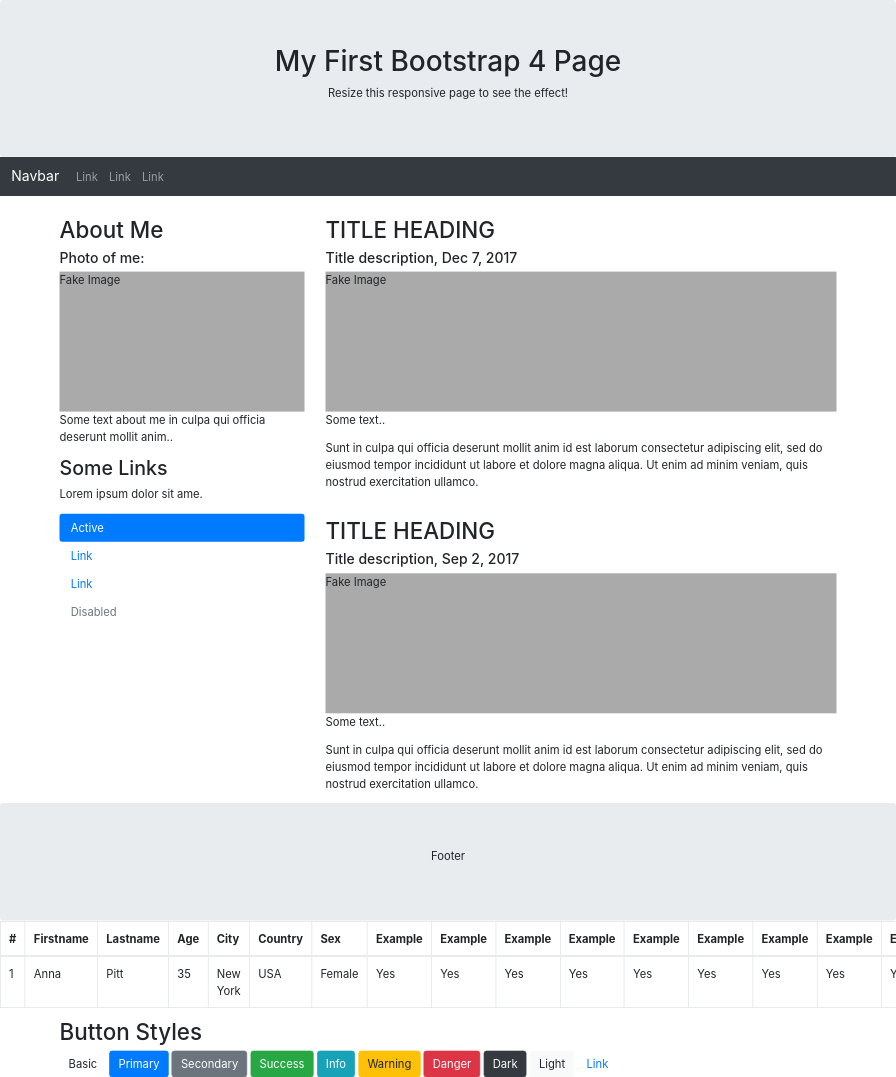
Repository: Anusha-Shilamkoti/Anusha
Page: MyFirstWebProject/WebContent/index.html
These files come from the project's save history. The page is drawn as it stood at one moment and after the next save; the edit follows.
The browser window is 1280 px wide. The pictures show the whole page, at 70% of full size.

Above is the page before, as saved 2020-01-18 11:46:20.

### MyFirstWebProject/WebContent/index.html
<!DOCTYPE html>
<html lang="en">
<head>
  <title>Bootstrap 4 Website Example</title>
  <meta charset="utf-8">
  <meta name="viewport" content="width=device-width, initial-scale=1">
  <link rel="stylesheet" href="https://maxcdn.bootstrapcdn.com/bootstrap/4.4.1/css/bootstrap.min.css">
  <script src="https://ajax.googleapis.com/ajax/libs/jquery/3.4.1/jquery.min.js"></script>
  <script src="https://cdnjs.cloudflare.com/ajax/libs/popper.js/1.16.0/umd/popper.min.js"></script>
  <script src="https://maxcdn.bootstrapcdn.com/bootstrap/4.4.1/js/bootstrap.min.js"></script>
  <style>
  .fakeimg {
    height: 200px;
    background: #aaa;
  }
  </style>
</head>
<body>

<div class="jumbotron text-center" style="margin-bottom:0">
  <h1>My First Bootstrap 4 Page</h1>
  <p>Resize this responsive page to see the effect!</p>
</div>

<nav class="navbar navbar-expand-sm bg-dark navbar-dark">
  <a class="navbar-brand" href="#">Navbar</a>
  <button class="navbar-toggler" type="button" data-toggle="collapse" data-target="#collapsibleNavbar">
    <span class="navbar-toggler-icon"></span>
  </button>
  <div class="collapse navbar-collapse" id="collapsibleNavbar">
    <ul class="navbar-nav">
      <li class="nav-item">
        <a class="nav-link" href="#">Link</a>
      </li>
      <li class="nav-item">
        <a class="nav-link" href="#">Link</a>
      </li>
      <li class="nav-item">
        <a class="nav-link" href="#">Link</a>
      </li>
    </ul>
  </div>
</nav>

<div class="container" style="margin-top:30px">
  <div class="row">
    <div class="col-md-4">
      <h2>About Me</h2>
      <h5>Photo of me:</h5>
      <div class="fakeimg">Fake Image</div>
      <p>Some text about me in culpa qui officia deserunt mollit anim..</p>
      <h3>Some Links</h3>
      <p>Lorem ipsum dolor sit ame.</p>
      <ul class="nav nav-pills flex-column">
        <li class="nav-item">
          <a class="nav-link active" href="#">Active</a>
        </li>
        <li class="nav-item">
          <a class="nav-link" href="#">Link</a>
        </li>
        <li class="nav-item">
          <a class="nav-link" href="#">Link</a>
        </li>
        <li class="nav-item">
          <a class="nav-link disabled" href="#">Disabled</a>
        </li>
      </ul>
      <hr class="d-sm-none">
    </div>
    <div class="col-sm-8">
      <h2>TITLE HEADING</h2>
      <h5>Title description, Dec 7, 2017</h5>
      <div class="fakeimg">Fake Image</div>
      <p>Some text..</p>
      <p>Sunt in culpa qui officia deserunt mollit anim id est laborum consectetur adipiscing elit, sed do eiusmod tempor incididunt ut labore et dolore magna aliqua. Ut enim ad minim veniam, quis nostrud exercitation ullamco.</p>
      <br>
      <h2>TITLE HEADING</h2>
      <h5>Title description, Sep 2, 2017</h5>
      <div class="fakeimg">Fake Image</div>
      <p>Some text..</p>
      <p>Sunt in culpa qui officia deserunt mollit anim id est laborum consectetur adipiscing elit, sed do eiusmod tempor incididunt ut labore et dolore magna aliqua. Ut enim ad minim veniam, quis nostrud exercitation ullamco.</p>
    </div>
  </div>
</div>

<div class="jumbotron text-center" style="margin-bottom:0">
  <p>Footer</p>
</div>
 <div class="table-responsive">
    <table class="table table-bordered">
      <thead>
        <tr>
          <th>#</th>
          <th>Firstname</th>
          <th>Lastname</th>
          <th>Age</th>
          <th>City</th>
          <th>Country</th>
          <th>Sex</th>
          <th>Example</th>
          <th>Example</th>
          <th>Example</th>
          <th>Example</th>
          <th>Example</th>
          <th>Example</th>
          <th>Example</th>
          <th>Example</th>
          <th>Example</th>
          <th>Example</th>
          <th>Example</th>
          <th>Example</th>
        </tr>
      </thead>
      <tbody>
        <tr>
          <td>1</td>
          <td>Anna</td>
          <td>Pitt</td>
          <td>35</td>
          <td>New York</td>
          <td>USA</td>
          <td>Female</td>
          <td>Yes</td>
          <td>Yes</td>
          <td>Yes</td>
          <td>Yes</td>
          <td>Yes</td>
          <td>Yes</td>
          <td>Yes</td>
          <td>Yes</td>
          <td>Yes</td>
          <td>Yes</td>
          <td>Yes</td>
          <td>Yes</td>
        </tr>
      </tbody>
    </table>
  </div>

<div class="container">
  <h2>Button Styles</h2>
  <button type="button" class="btn">Basic</button>
  <button type="button" class="btn btn-primary">Primary</button>
  <button type="button" class="btn btn-secondary">Secondary</button>
  <button type="button" class="btn btn-success">Success</button>
  <button type="button" class="btn btn-info">Info</button>
  <button type="button" class="btn btn-warning">Warning</button>
  <button type="button" class="btn btn-danger">Danger</button>
  <button type="button" class="btn btn-dark">Dark</button>
  <button type="button" class="btn btn-light">Light</button>
  <button type="button" class="btn btn-link">Link</button>
</div>
</body>
</html>

After the next save:
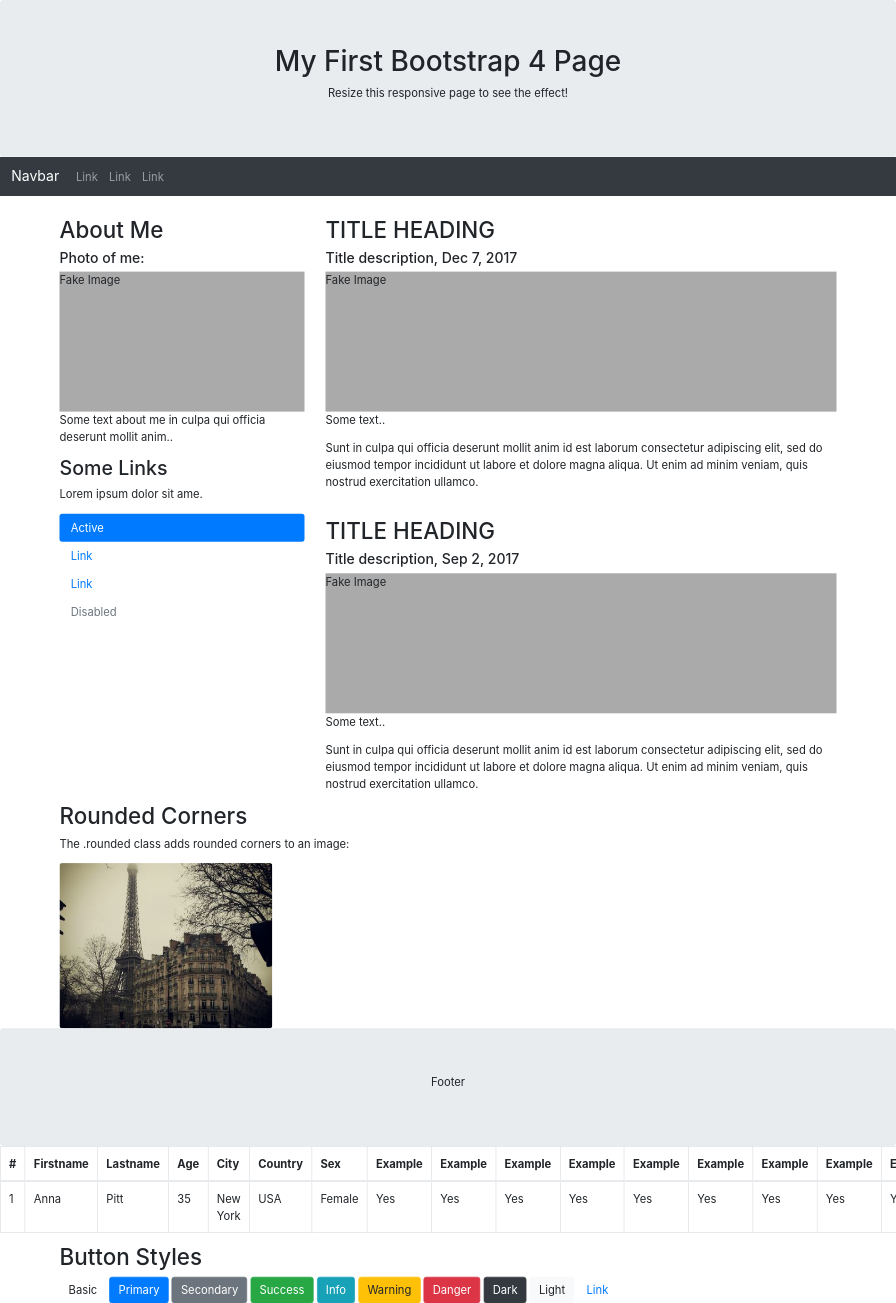
Saved 4 min 40 s later.
--- a/MyFirstWebProject/WebContent/index.html
+++ b/MyFirstWebProject/WebContent/index.html
@@ -82,6 +82,11 @@
     </div>
   </div>
 </div>
+<div class="container">
+  <h2>Rounded Corners</h2>
+  <p>The .rounded class adds rounded corners to an image:</p>
+  <img src="image/paris.jpg" class="rounded" alt="Cinque Terre" width="304" height="236">
+</div>
 
 <div class="jumbotron text-center" style="margin-bottom:0">
   <p>Footer</p>
